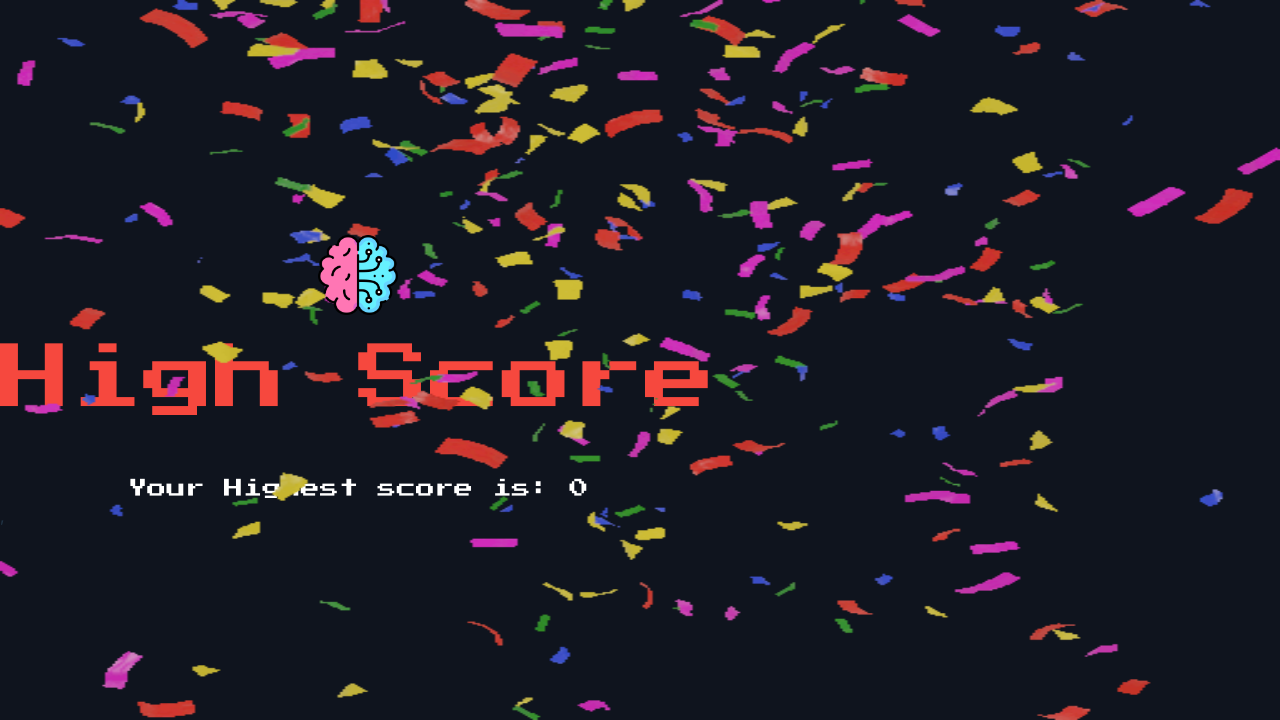
Repository: Shenixo/Color_match_game
Page: /high_score
An editor plug-in stored every save of this project. The page is shown before and after the next save, followed by the edit.
The browser window is 1280 px wide. The pictures show the whole page.
The project was rebuilt for these pictures with package versions that can differ from the ones it lists, and the page was loaded fresh each time. Also part of the build but not shown: vite.config.js, src/Components/Tab/Tab.css, src/Components/Tab/Tab.jsx, src/Components/Card/Card.css, src/Components/Card/Card.jsx, src/Pages/Home/Home.jsx, src/Pages/Rules/Rules.css, src/Pages/Rules/Rules.jsx and 5 more. Imported but missing from the stored project, and not drawn on this page: src/assets/button_clicks.wav, src/assets/celebration.mp3, src/assets/game_theme_sound.mp4, src/assets/lose.wav, src/assets/win.wav.

Above is the page before, as saved 2025-02-04 15:11:59.

After the next save:
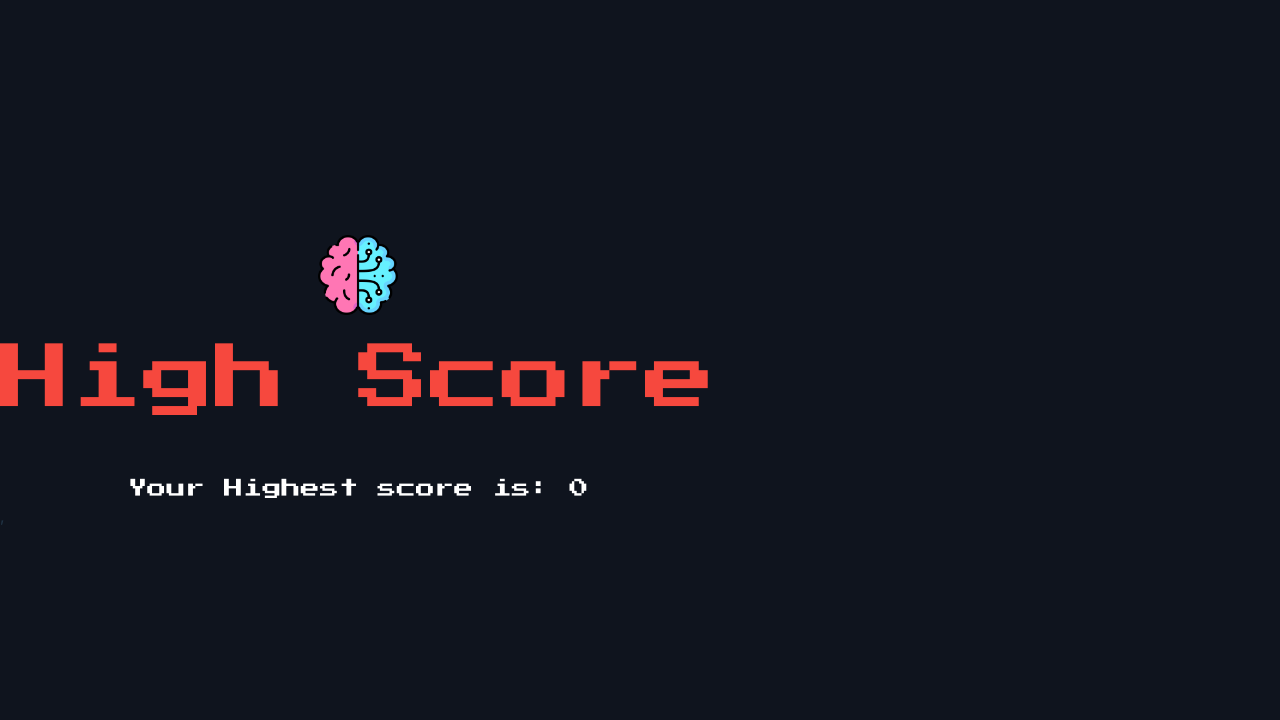
Saved 5 s later.
--- a/src/Pages/HighScore/HighScore.css
+++ b/src/Pages/HighScore/HighScore.css
@@ -12,7 +12,7 @@
     position: fixed;
     top: 0;
     bottom: 0;
-    z-index: 0;
+    z-index: -1;
 
 }
 .high-score-container{

After the 3 saves that followed:
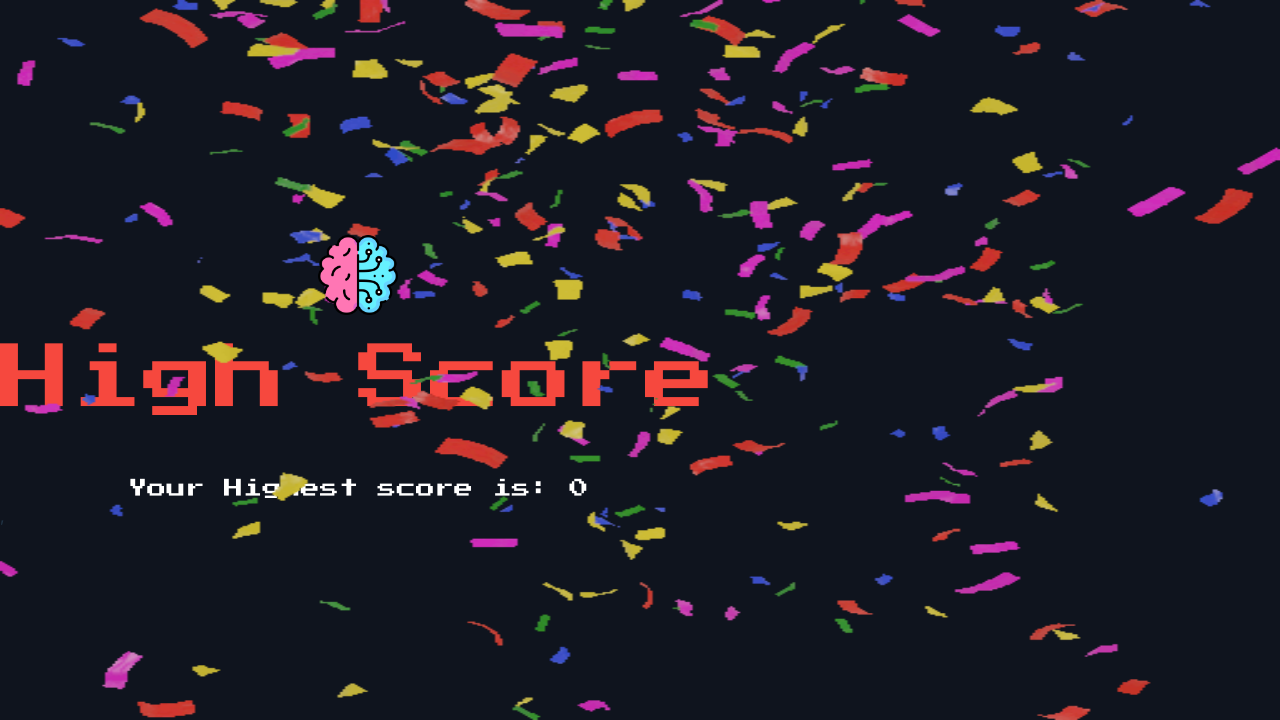
The 3 saves are shown as one change because 2 left the picture as it was.
The last was saved 77 s later.
--- a/src/Pages/HighScore/HighScore.css
+++ b/src/Pages/HighScore/HighScore.css
@@ -12,10 +12,9 @@
     position: fixed;
     top: 0;
     bottom: 0;
-    z-index: -1;
+    /* z-index: -1; */
 
 }
 .high-score-container{
-/* position: absolute; */
-z-index: 999;
+/* z-index: 999; */
 }
